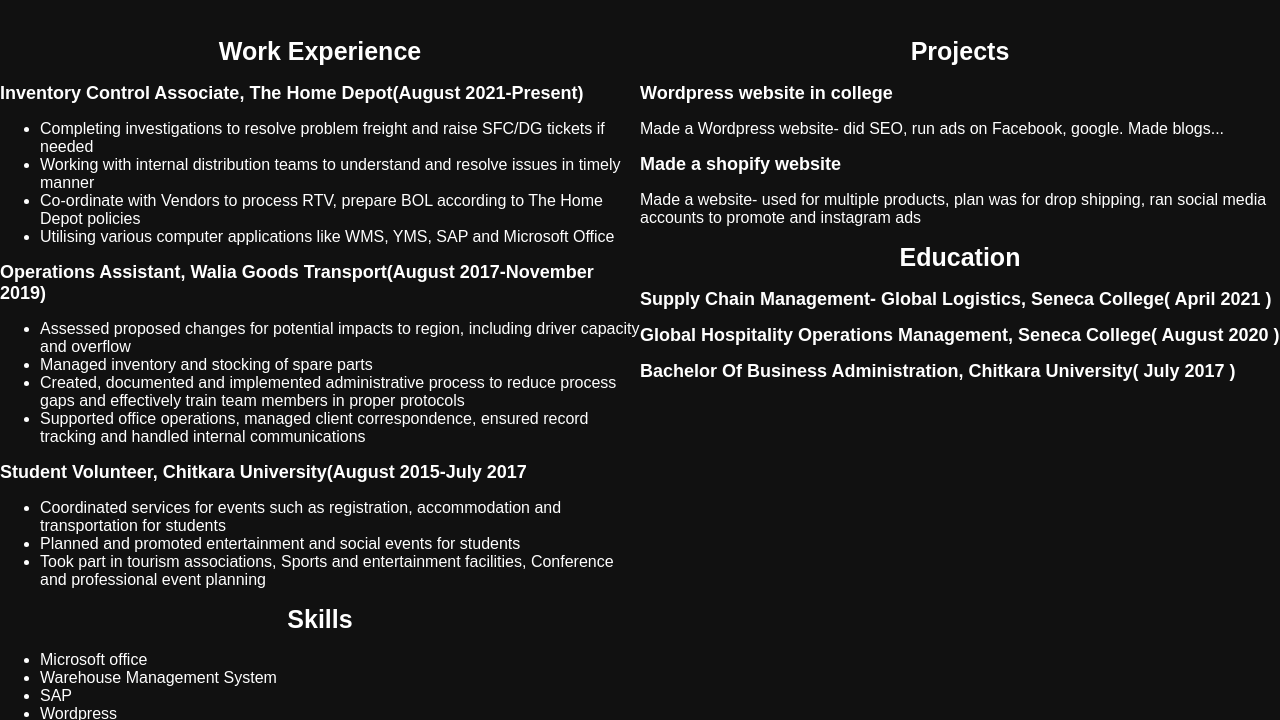
Repository: jashn13/portfolio
Page: index.html
An editor plug-in stored every save of this project. The page is shown before and after the next save, followed by the edit.
The browser window is 1280 px wide. The pictures show the whole page.

Above is the page before, as saved 2021-11-13 08:16:20.

### index.html
<!DOCTYPE html>
<html>
<head>
<style>
h1 {
 text-align: center;
 font-size: 25px;
}
h2 {
 text-align: left;
 Font-size: 18px;
}
</style>
<style>
body {
  font-family: Arial;
  color: white;
}

.split {
  height: 100%;
  width: 50%;
  position: fixed;
  z-index: 1;
  top: 0;
  overflow-x: hidden;
  padding-top: 20px;
}

.left {
  left: 0;
  background-color: #111;
}

.right {
  right: 0;
  background-color: #111;
}

.centered {
  position: absolute;
  top: 50%;
  left: 50%;
  transform: translate(-50%, -50%);
  text-align: center;
}


</style>
</head>
<body>
<h2>Jashanjot singh walia</h2>
<h2>Jashanahluwalia4@gmail.com</h2>
<div class="split left">
    <h1>Work Experience</h1>
<h2>Inventory Control Associate, The Home Depot(August 2021-Present)</h2>
<ul>
 <li>Completing investigations to resolve problem freight and raise SFC/DG tickets if needed</li>
 <li>Working with internal distribution teams to understand and resolve issues in timely manner</li>
 <li>Co-ordinate with Vendors to process RTV, prepare BOL according to The Home Depot policies</li>
 <li>Utilising various computer applications like WMS, YMS, SAP and Microsoft Office</li>
</ul>
<h2>Operations Assistant, Walia Goods Transport(August 2017-November 2019)</h2>
<ul>
<li>Assessed proposed changes for potential impacts to region, including driver capacity and overflow</li>
<li>Managed inventory and stocking of spare parts</li>
<li>Created, documented and implemented administrative process to reduce process gaps and effectively train team members in proper protocols</li>
<li>Supported office operations, managed client correspondence, ensured record tracking and handled internal communications</li>
</ul>

<h2>Student Volunteer, Chitkara University(August 2015-July 2017</h2>
<ul>
<li>Coordinated services for events such as registration, accommodation and transportation for students</li>
<li>Planned and promoted entertainment and social events for students</li>
<li>Took part in tourism associations, Sports and entertainment facilities, Conference and professional event planning</li>
</ul>
<h1>Skills</h1>
<ul>
<li>Microsoft office</li>
<li>Warehouse Management System</li>
<li>SAP</li>
<li>Wordpress</li>
<li>SEO</li>
<li>Digital Marketing</li>
</ul>
  </div>
</div>

<div class="split right">
    <h1>Projects</h1>
<h2>Wordpress website in college</h2>
<p>Made a Wordpress website- did SEO, run ads on Facebook, google. Made blogs...</p>
<h2>Made a shopify website</h2>
<p>Made a website- used for multiple products, plan was for drop shipping, ran social media accounts to promote and instagram ads</p>
<h1>Education</h1>
<h2>Supply Chain Management- Global Logistics, Seneca College( April 2021 )</h2>
<h2>Global Hospitality Operations Management, Seneca College( August 2020 )</h2>
<h2>Bachelor Of Business Administration, Chitkara University( July 2017 )</h2>


  </div>
</div>

</body>
</html>

After the next save:
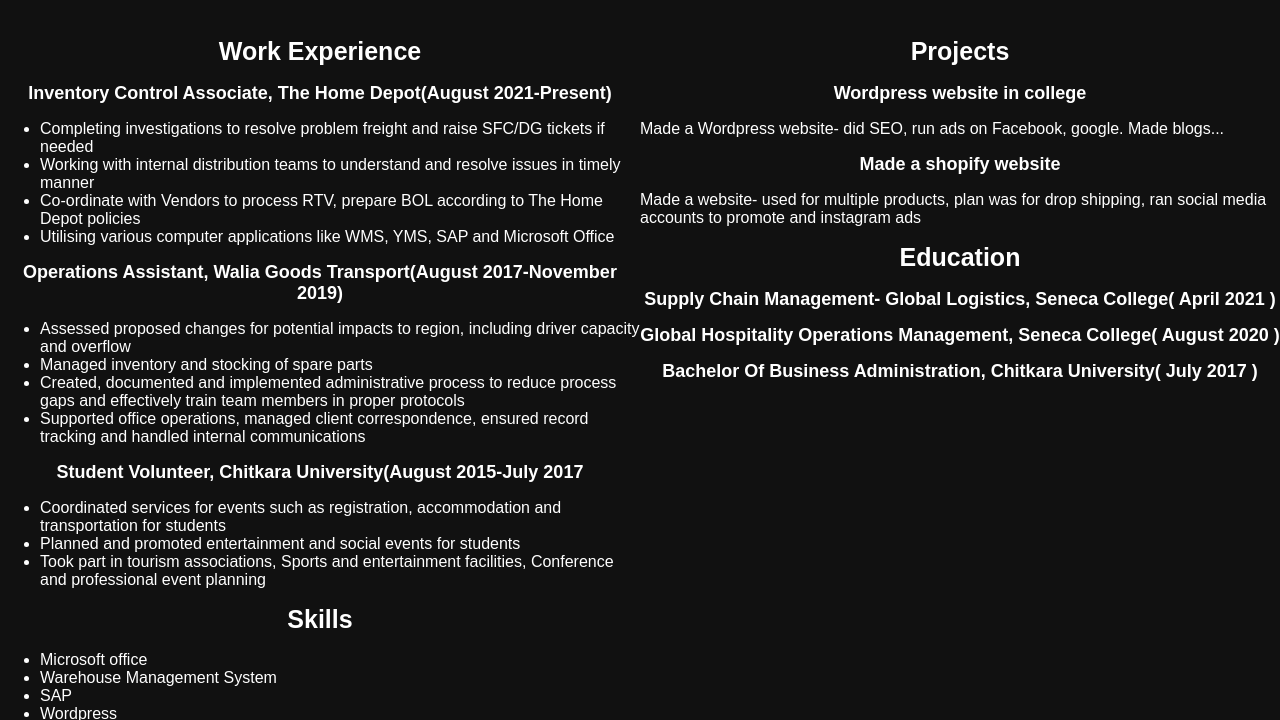
Saved 14 s later.
--- a/index.html
+++ b/index.html
@@ -45,7 +45,9 @@ body {
   text-align: center;
 }
 
-
+h2{
+  text-align: center;
+}
 </style>
 </head>
 <body>
